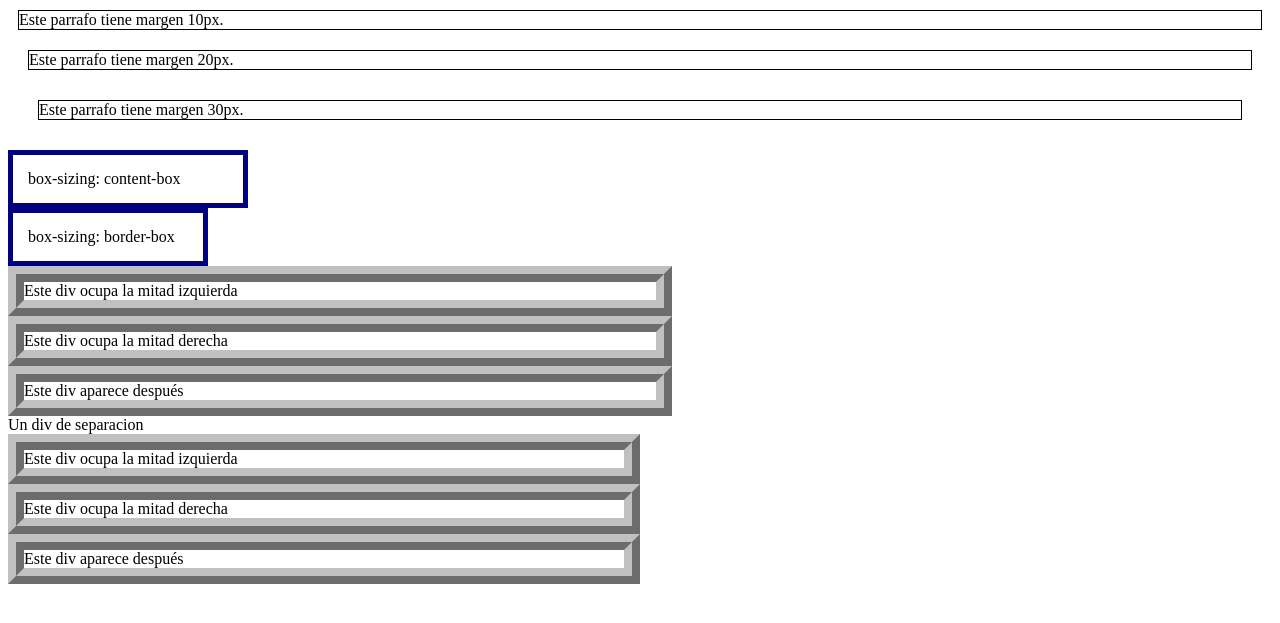
Repository: cesarsant0203/My_Study
Page: Introducción al desarrollo web/2-Css/2.11/2.11-modelo_de_caja_css.html
An editor plug-in stored every save of this project. The page is shown before and after a run of saves, followed by the edit.
The browser window is 1280 px wide. The pictures show the whole page.

Above is the page before, as saved 2020-04-29 16:19:05.

After the next 2 saves:
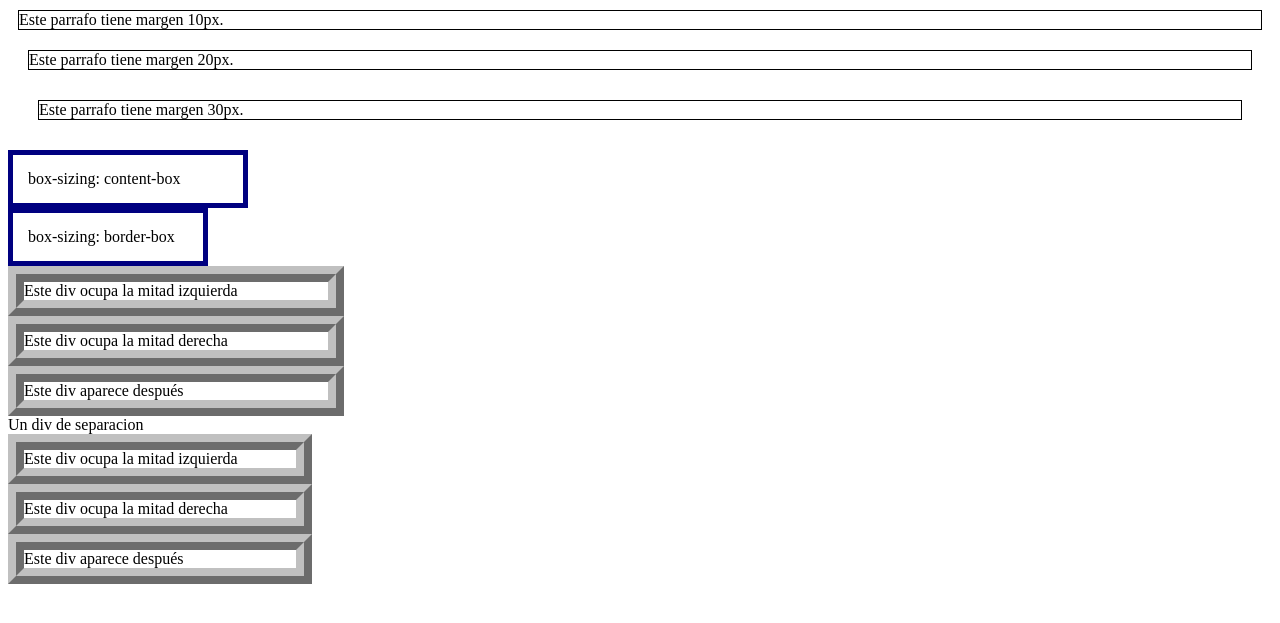
The 2 saves are shown as one change because they came seconds apart.
The last was saved 6 s later.
--- a/Introducción al desarrollo web/2-Css/2.11/2.11-modelo_de_caja_css.css
+++ b/Introducción al desarrollo web/2-Css/2.11/2.11-modelo_de_caja_css.css
@@ -24,7 +24,8 @@
     padding: 15px;
 }
 .box-sizing-content, .box-sizing-border {
-    width: 38e;
+    width: 38em;
+
 }
 .box-sizing-content .split {
     width: 50%;
